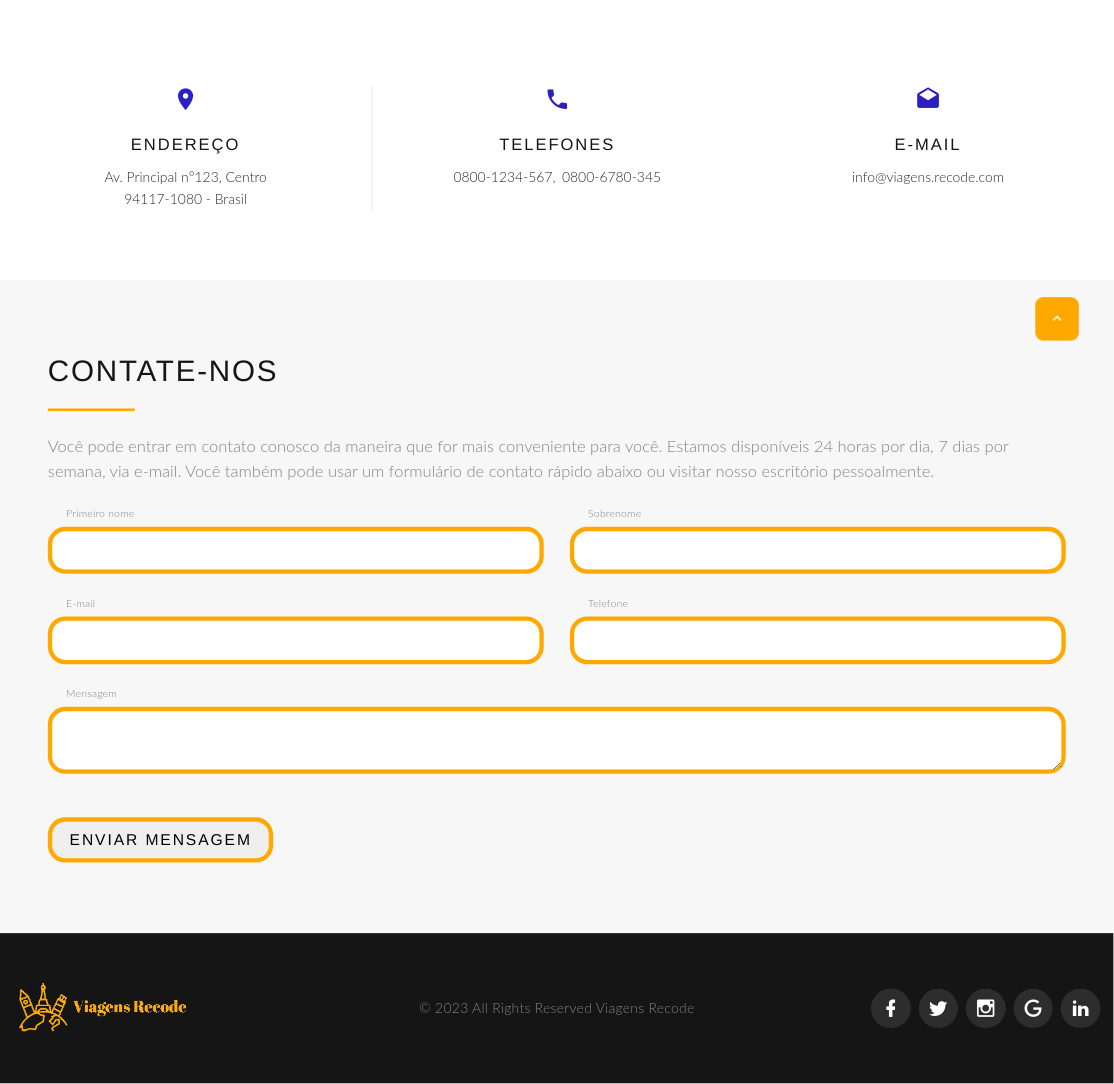
Repository: LiraS23/RecodePro2023-Modulo-4
Page: java/Modulo4/src/main/webapp/cliente.html
These files come from the project's save history. The page is drawn as it stood at one moment and after the next save; the edit follows.
The browser window is 1280 px wide. The pictures show the part of the page from y = 388 to 1634 px (the page is 1634 px tall before and 1311 px after), at 87% of full size.
Some web fonts or font styles are not loaded; a fallback is used.

Above is the page before, as saved 2023-10-28 14:21:48.

### java/Modulo4/src/main/webapp/cliente.html
<!DOCTYPE html>
<html lang="pt-br">

<head>
	<meta charset="UTF-8">
	<meta name="viewport" content="width=device-width, height=device-height, initial-scale=1.0">
	<meta http-equiv="X-UA-Compatible" content="IE=edge">
	<title>Cliente</title>

	<link rel="icon" href="assets/images/favicon.ico" type="image/x-icon">
	<link rel="stylesheet" type="text/css"
		href="assets/fonts.googleapis.com/css?family=Oswald:200,400%7CLato:300,400,300italic,700%7CMontserrat:900">
	<link rel="stylesheet" href="assets/css/bootstrap.css">
	<link rel="stylesheet" href="assets/css/style.css">
	<link rel="stylesheet" href="assets/css/fonts.css">

</head>

<body>
	<div class="page">
		<header class="section page-header breadcrumbs-custom-wrap bg-gradient bg-secondary-2 novi-background bg-cover">
			<!-- RD Navbar-->
			<div class="rd-navbar-wrap rd-navbar-default">
				<nav class="rd-navbar" data-layout="rd-navbar-fixed" data-sm-layout="rd-navbar-fixed"
					data-md-layout="rd-navbar-fixed" data-md-device-layout="rd-navbar-fixed"
					data-lg-layout="rd-navbar-fullwidth" data-xl-layout="rd-navbar-static"
					data-lg-device-layout="rd-navbar-fixed" data-xl-device-layout="rd-navbar-static"
					data-md-stick-up-offset="2px" data-lg-stick-up-offset="2px" data-stick-up="true"
					data-sm-stick-up="true" data-md-stick-up="true" data-lg-stick-up="true" data-xl-stick-up="true">
					<div class="rd-navbar-inner">
						<!-- RD Navbar Panel-->
						<div class="rd-navbar-panel">
							<!-- RD Navbar Toggle-->
							<button class="rd-navbar-toggle"
								data-rd-navbar-toggle=".rd-navbar-nav-wrap"><span></span></button>
							<!-- RD Navbar Brand-->
							<div class="rd-navbar-brand"><a class="brand-name" href="index.html"><img
										class="logo-default" src="assets/images/logo-default-208x46.png" alt=""
										width="208" height="46" /><img class="logo-inverse"
										src="assets/images/logo-inverse-208x46.png" alt="" width="208"
										height="46" /></a></div>
						</div>
						<div class="rd-navbar-aside-right">
							<div class="rd-navbar-nav-wrap">
								<!-- RD Navbar Nav-->
								<ul class="rd-navbar-nav">
									<li><a href="index.html">Home</a>
									</li>
									<li><a href="destinos.html">Destinos</a>
									</li>
									<li><a href="promocoes.html">Promoções</a>
									</li>
									<li><a href="contato.html">Contato</a>
									</li>
									<li class="active"><a href="cliente.html">Cliente</a>
									</li>
								</ul>
							</div>
						</div>
						 <div class="rd-navbar-aside-right"><a class="button button-sm button-secondary button-nina"
                                href="pedidos.html">Reserve um passeio agora</a></div>
					</div>
				</nav>
			</div>
			<!-- Breadcrumbs-->
			<section class="breadcrumbs-custom"
				style="background: url(&quot;https://travelplustur.com.br/wp-content/uploads/2022/04/travelplus-tur-22.jpg&quot;); background-size: cover;">
				<div class="container">
					<p class="breadcrumbs-custom-subtitle">Faça seu registro</p>
					<p class="heading-1 breadcrumbs-custom-title">Cadastro</p>
				</div>
			</section>

		</header>
		<!-- Contact info-->
		<section class="section section-lg bg-default text-center">
			<div class="container container-wide">
				<div class="row row-fix row-50 row-custom-bordered">
					<div class="col-sm-6 col-lg-4">
						<!-- Box minimal-->
						<article class="box-simple">
							<div class="box-simple-icon novi-icon mdi mdi-map-marker"></div>
							<h6>Endereço</h6>
							<div class="box-simple-text"><a href="#">Av. Principal n°123, Centro<br> 94117-1080 -
									Brasil</a></div>
						</article>
					</div>
					<div class="col-sm-6 col-lg-4">
						<!-- Box simple-->
						<article class="box-simple">
							<div class="box-simple-icon novi-icon mdi mdi-phone"></div>
							<h6>Telefones</h6>
							<div class="box-simple-text">
								<ul class="list-comma list-0">
									<li><a href="tel:#">0800-1234-567</a></li>
									<li><a href="tel:#">0800-6780-345</a></li>
								</ul>
							</div>
						</article>
					</div>
					<div class="col-sm-6 col-lg-4">
						<!-- Box simple-->
						<article class="box-simple">
							<div class="box-simple-icon novi-icon mdi mdi-email-open"></div>
							<h6>e-mail</h6>
							<div class="box-simple-text">
								<ul class="list-comma list-0">
									<li><a href="mailto:#">info@viagens.recode.com</a></li>
								</ul>
							</div>
						</article>
					</div>
				</div>
			</div>
		</section>

		<!-- Contact us-->
		<section class="section section-wrap bg-gray-lighter novi-background bg-cover">
			<div class="section-wrap-inner">
				<div class="container container-bigger">
					<div class="row">
						<div class="col">
							<div class="section section-lg">
								<h3>Contate-nos</h3>
								<hr class="divider divider-left divider-secondary">
								<p class="big">Você pode entrar em contato conosco da maneira que for mais conveniente
									para você. Estamos disponíveis
									24 horas por dia, 7 dias por semana, via e-mail. Você também pode usar um formulário
									de contato rápido abaixo ou visitar nosso
									escritório pessoalmente.</p>
								<!-- RD Mailform-->
								<form class="rd-mailform" data-form-output="form-output-global" data-form-type="contact"
									method="post" action="bat/rd-mailform.php">
									<div class="row row-fix row-20">
										<div class="col-md-6">
											<div class="form-wrap form-wrap-validation">
												<label class="form-label-outside" for="form-1-name">Primeiro
													nome</label>
												<input class="form-control"
													style="border: 5px solid #FFA900; border-radius: 20px;"
													id="form-1-name" type="text" name="name"
													data-constraints="@Required" />
											</div>
										</div>
										<div class="col-md-6">
											<div class="form-wrap form-wrap-validation">
												<label class="form-label-outside"
													for="form-1-last-name">Sobrenome</label>
												<input class="form-control"
													style="border: 5px solid #FFA900; border-radius: 20px;"
													id="form-1-last-name" type="text" name "last-name"
													data-constraints="@Required" />
											</div>
										</div>
										<div class="col-md-6">
											<div class="form-wrap form-wrap-validation">
												<label class="form-label-outside" for="form-1-email">E-mail</label>
												<input class="form-control"
													style="border: 5px solid #FFA900; border-radius: 20px;"
													id="form-1-email" type="email" name="email"
													data-constraints="@Email @Required" />
											</div>
										</div>
										<div class="col-md-6">
											<div class="form-wrap form-wrap-validation">
												<label class="form-label-outside" for="form-1-phone">Telefone</label>
												<input class="form-control"
													style="border: 5px solid #FFA900; border-radius: 20px;"
													id="form-1-phone" type="text" name="phone"
													data-constraints="@Numeric @Required" />
											</div>
										</div>
										<div class="col-sm-12">
											<div class="form-wrap form-wrap-validation">
												<label class="form-label-outside" for="form-1-message">Mensagem</label>
												<textarea class="form-control"
													style="border: 5px solid #FFA900; border-radius: 20px;"
													id="form-1-message" name="mensagem"
													data-constraints="@Required"></textarea>
											</div>
										</div>
										<div class="col-sm-12 offset-custom-1">
											<div class="form-button">
												<button class="btn btn-secondary"
													style="border: 5px solid #FFA900; border-radius: 20px;"
													type="submit">Enviar Mensagem</button>
											</div>
										</div>
									</div>
								</form>
							</div>
						</div>
					</div>
				</div>
			</div>
		</section>
		<!-- Footer Minimal-->
		<footer class="section page-footer page-footer-minimal novi-background bg-cover text-center bg-gray-darker">
			<div class="container container-wide">
				<div class="row row-fix justify-content-sm-center align-items-md-center row-30">
					<div class="col-md-10 col-lg-7 col-xl-4 text-xl-left"><a href="index.html"><img class="inverse-logo"
								src="assets/images/logo-inverse-208x46.png" alt="" width="208" height="46" /></a></div>
					<div class="col-md-10 col-lg-7 col-xl-4">
						<p class="right">&#169;&nbsp;<span class="copyright-year"></span> All Rights Reserved Viagens
							Recode</p>
					</div>
					<div class="col-md-10 col-lg-7 col-xl-4 text-xl-right">
						<ul class="group-xs group-middle">
							<li><a class="icon novi-icon icon-md-middle icon-circle icon-secondary-5-filled mdi mdi-facebook"
									href="#"></a></li>
							<li><a class="icon novi-icon icon-md-middle icon-circle icon-secondary-5-filled mdi mdi-twitter"
									href="#"></a></li>
							<li><a class="icon novi-icon icon-md-middle icon-circle icon-secondary-5-filled mdi mdi-instagram"
									href="#"></a></li>
							<li><a class="icon novi-icon icon-md-middle icon-circle icon-secondary-5-filled mdi mdi-google"
									href="#"></a></li>
							<li><a class="icon novi-icon icon-md-middle icon-circle icon-secondary-5-filled mdi mdi-linkedin"
									href="#"></a></li>
						</ul>
					</div>
				</div>
			</div>
		</footer>
	</div>

	<!-- Global Mailform Output-->
	<div class="snackbars" id="form-output-global"> </div>
	<!-- Javascript-->
	<script src="assets/js/core.min.js"></script>
	<script src="assets/js/script.js"></script>
</body>

</html>

Loaded but not shown: java/Modulo4/src/main/webapp/assets/css/bootstrap.css (library); java/Modulo4/src/main/webapp/assets/css/style.css (library); java/Modulo4/src/main/webapp/assets/css/fonts.css (library); java/Modulo4/src/main/webapp/assets/js/core.min.js (library); java/Modulo4/src/main/webapp/assets/js/script.js (1496 lines, source omitted)

After the next save:
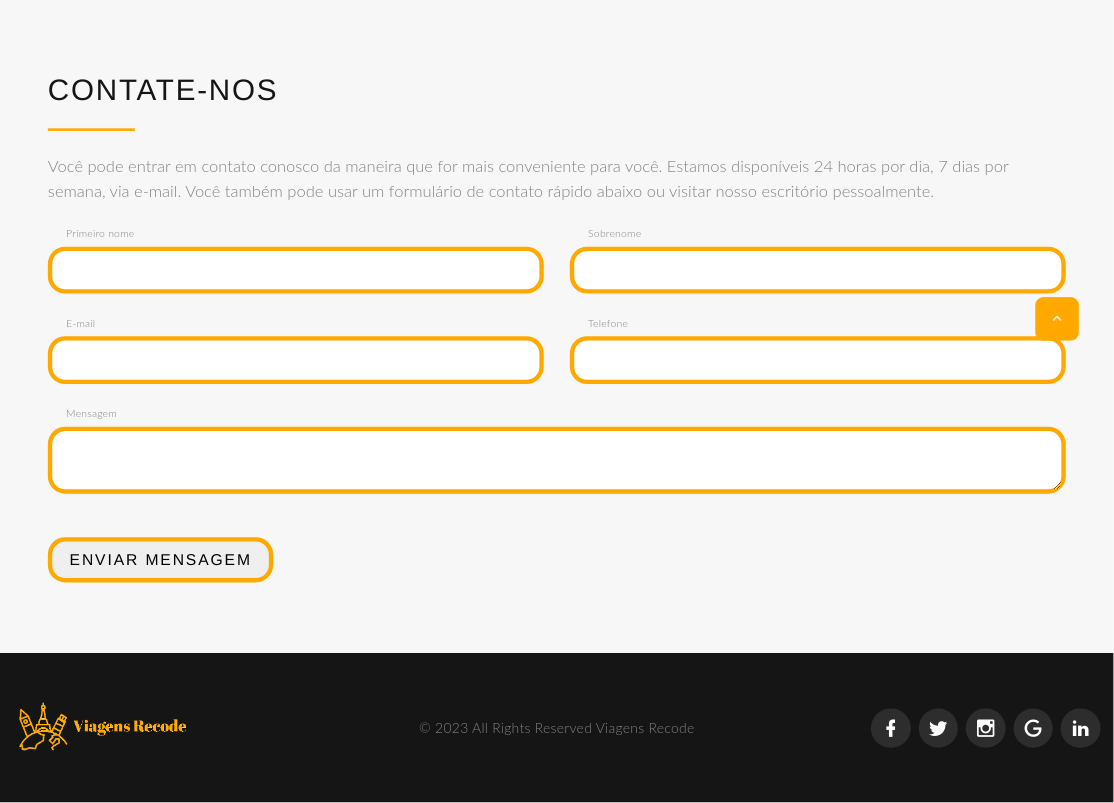
Saved 27 s later.
--- a/java/Modulo4/src/main/webapp/cliente.html
+++ b/java/Modulo4/src/main/webapp/cliente.html
@@ -72,49 +72,8 @@
 			</section>
 
 		</header>
-		<!-- Contact info-->
-		<section class="section section-lg bg-default text-center">
-			<div class="container container-wide">
-				<div class="row row-fix row-50 row-custom-bordered">
-					<div class="col-sm-6 col-lg-4">
-						<!-- Box minimal-->
-						<article class="box-simple">
-							<div class="box-simple-icon novi-icon mdi mdi-map-marker"></div>
-							<h6>Endereço</h6>
-							<div class="box-simple-text"><a href="#">Av. Principal n°123, Centro<br> 94117-1080 -
-									Brasil</a></div>
-						</article>
-					</div>
-					<div class="col-sm-6 col-lg-4">
-						<!-- Box simple-->
-						<article class="box-simple">
-							<div class="box-simple-icon novi-icon mdi mdi-phone"></div>
-							<h6>Telefones</h6>
-							<div class="box-simple-text">
-								<ul class="list-comma list-0">
-									<li><a href="tel:#">0800-1234-567</a></li>
-									<li><a href="tel:#">0800-6780-345</a></li>
-								</ul>
-							</div>
-						</article>
-					</div>
-					<div class="col-sm-6 col-lg-4">
-						<!-- Box simple-->
-						<article class="box-simple">
-							<div class="box-simple-icon novi-icon mdi mdi-email-open"></div>
-							<h6>e-mail</h6>
-							<div class="box-simple-text">
-								<ul class="list-comma list-0">
-									<li><a href="mailto:#">info@viagens.recode.com</a></li>
-								</ul>
-							</div>
-						</article>
-					</div>
-				</div>
-			</div>
-		</section>
 
-		<!-- Contact us-->
+		<!-- Cadastro-->
 		<section class="section section-wrap bg-gray-lighter novi-background bg-cover">
 			<div class="section-wrap-inner">
 				<div class="container container-bigger">
